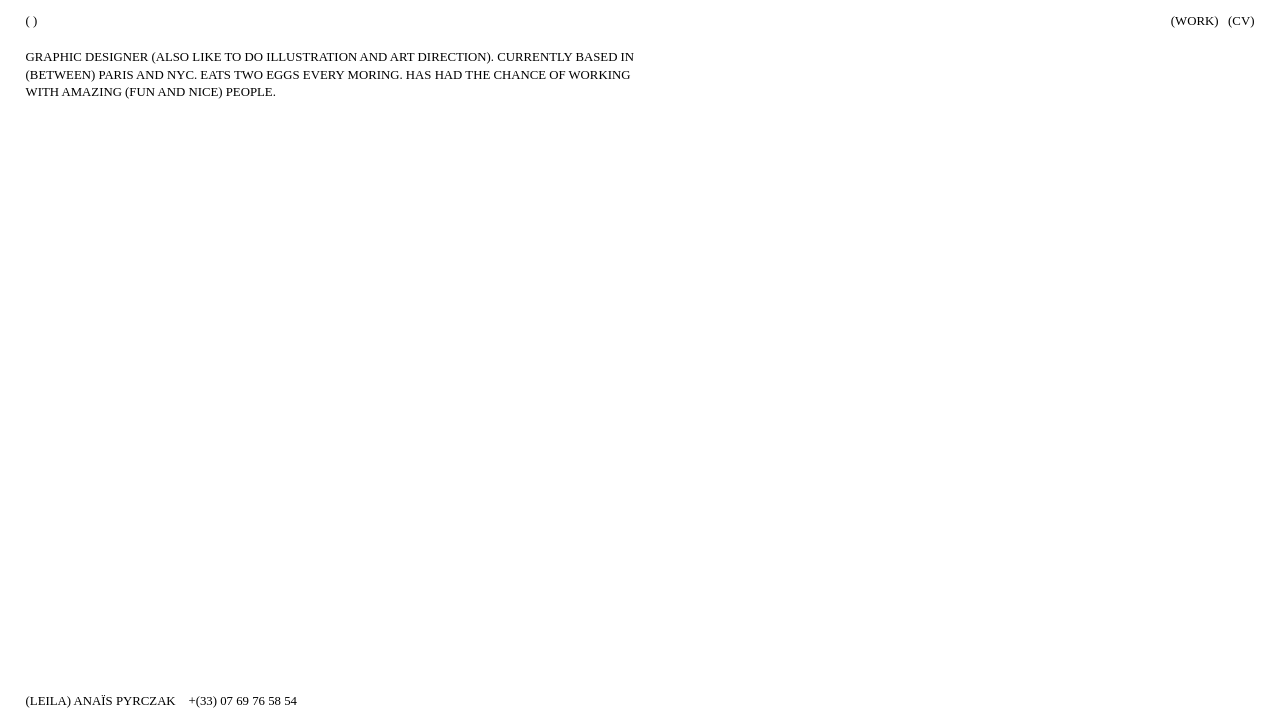
Repository: pyrcl090/site
Page: info.html
These files come from the project's save history. The page is drawn as it stood at one moment and after the next save; the edit follows.
The browser window is 1280 px wide. The pictures show the whole page.
Some web fonts or font styles are not loaded; a fallback is used.

Above is the page before, as saved 2024-03-20 22:35:38.
Console error: TypeError: Cannot read properties of null (reading 'addEventListener')

After the next save:
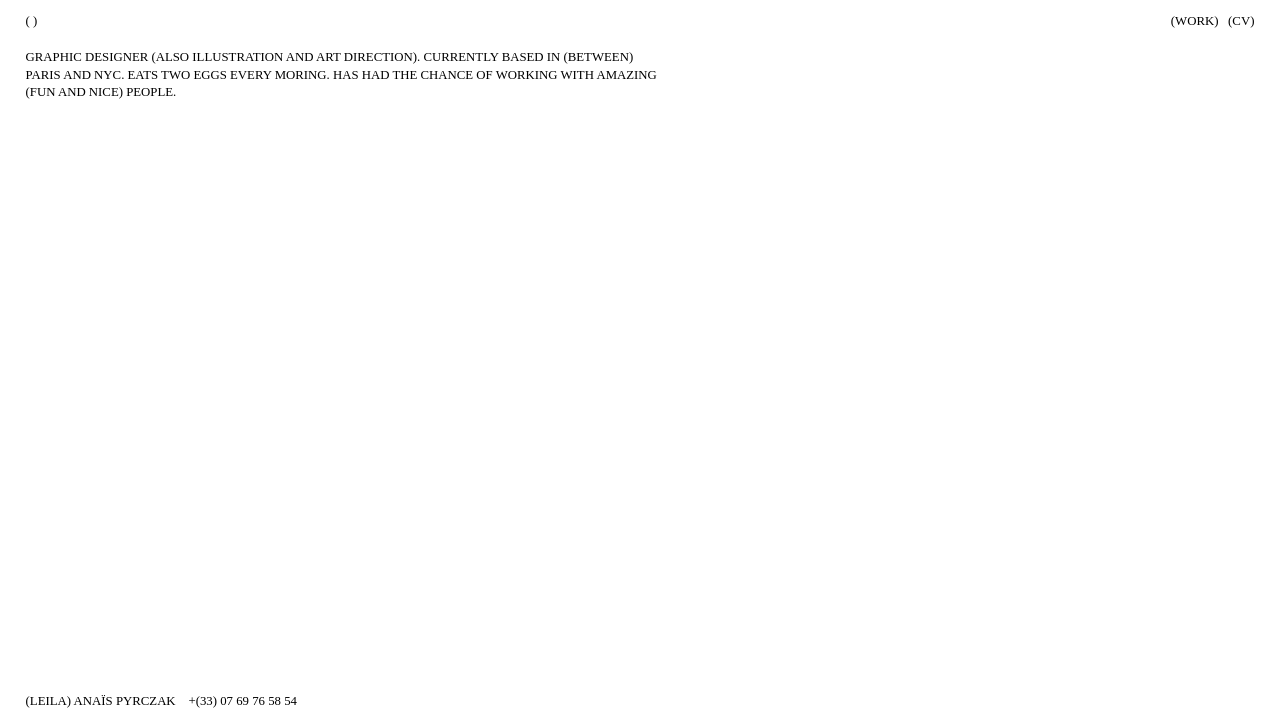
Saved 4 s later.
--- a/info.html
+++ b/info.html
@@ -20,7 +20,7 @@
   <p class="nav2"><a href="index.html">(<span >WORK</span>)</a>&nbsp;&nbsp;
     <a href="CV_Leila_Anais_Pyrczak.pdf">(<span >CV</span>)</a></p>
   <!-- top left nav -->
-  <p class="nav3">(<span id="img_text"> </span>) &nbsp;&nbsp; <br><br><span id="mp4_text"> GRAPHIC DESIGNER (ALSO LIKE TO DO ILLUSTRATION AND ART DIRECTION). CURRENTLY BASED IN (BETWEEN) PARIS AND NYC. EATS TWO EGGS EVERY MORING. HAS HAD THE CHANCE OF WORKING WITH AMAZING (FUN AND NICE) PEOPLE. </span> &nbsp;&nbsp;</p>
+  <p class="nav3">(<span id="img_text"> </span>) &nbsp;&nbsp; <br><br><span id="mp4_text"> GRAPHIC DESIGNER (ALSO ILLUSTRATION AND ART DIRECTION). CURRENTLY BASED IN (BETWEEN) PARIS AND NYC. EATS TWO EGGS EVERY MORING. HAS HAD THE CHANCE OF WORKING WITH AMAZING (FUN AND NICE) PEOPLE. </span> &nbsp;&nbsp;</p>
 
 
 
